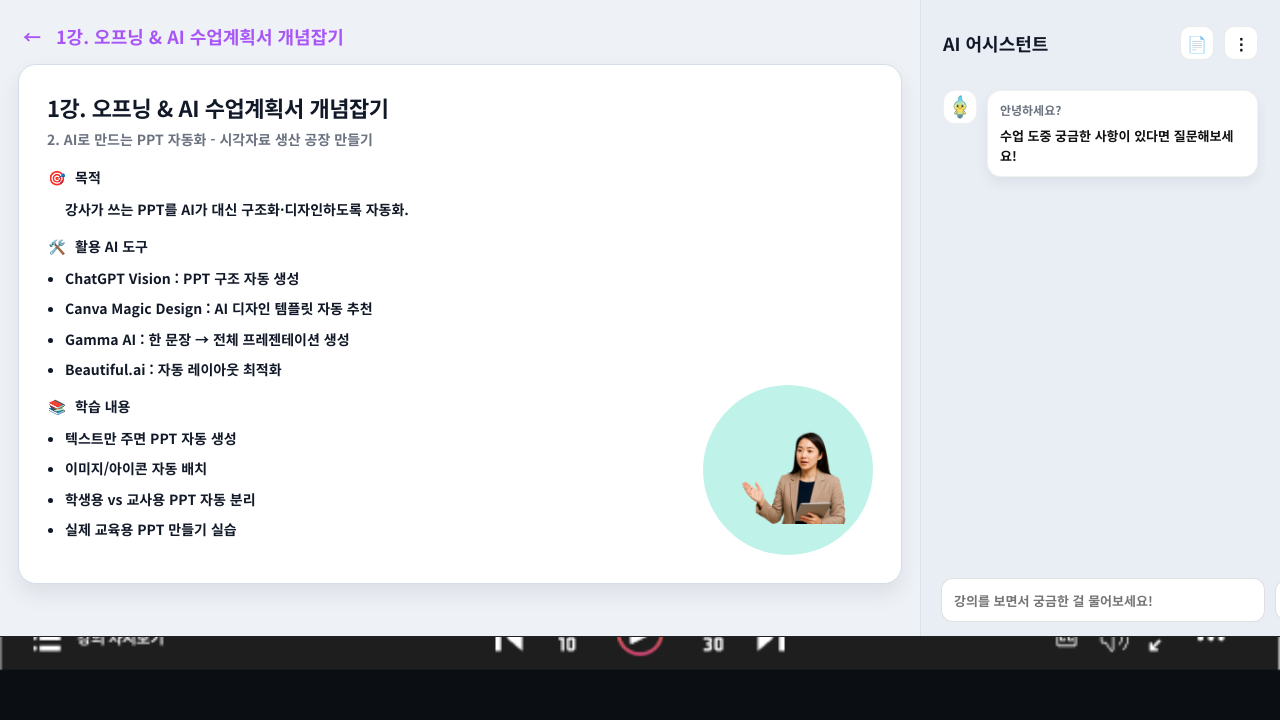
Repository: Iimchaehoon/level_up
Page: player.html
These files come from the project's save history. The page is drawn as it stood at one moment and after the next save; the edit follows.
The browser window is 1280 px wide. The pictures show the whole page.

Above is the page before, as saved 2025-12-14 19:31:08.

After the next save:
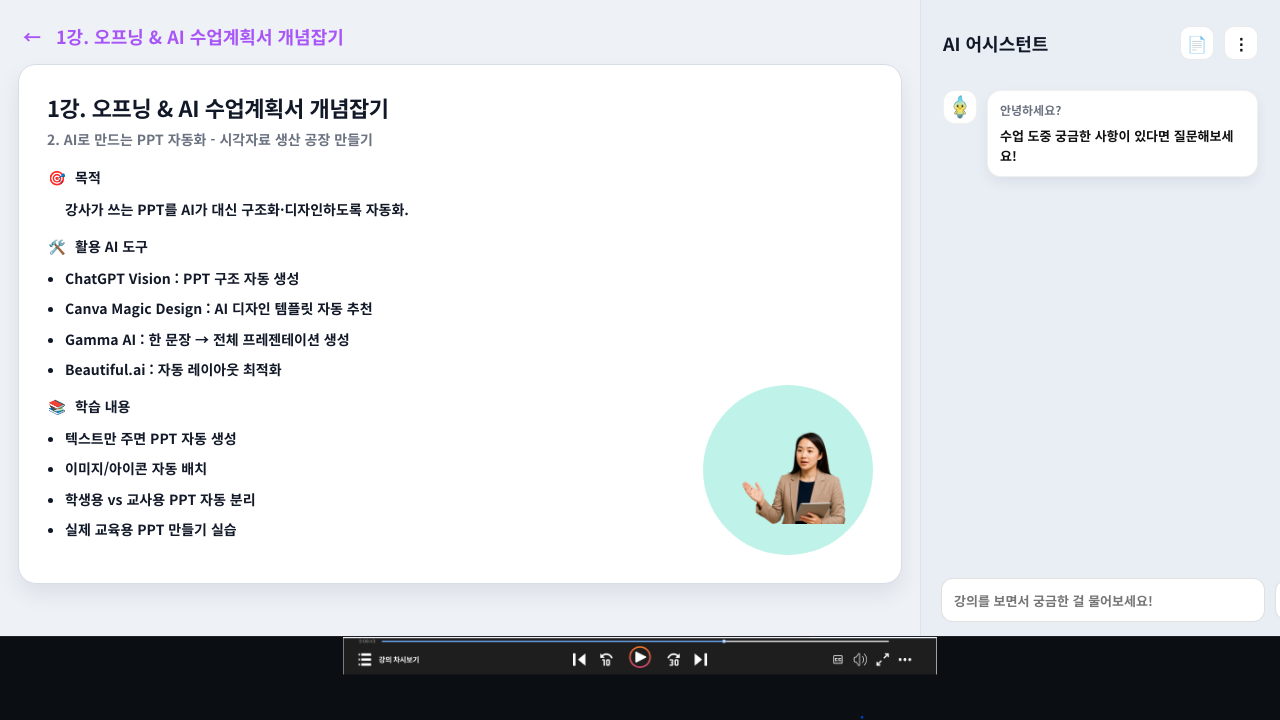
Saved 114 s later.
--- a/player.html
+++ b/player.html
@@ -275,7 +275,7 @@
     .playerbar img{
       height:100%;
       width:100%;
-      object-fit:cover; /* 피그마처럼 한 장 이미지로 꽉 */
+      object-fit:contain; /* 피그마처럼 한 장 이미지로 꽉 */
     }
 
     /* 반응형: 좁아지면 사이드 내려가게 */
